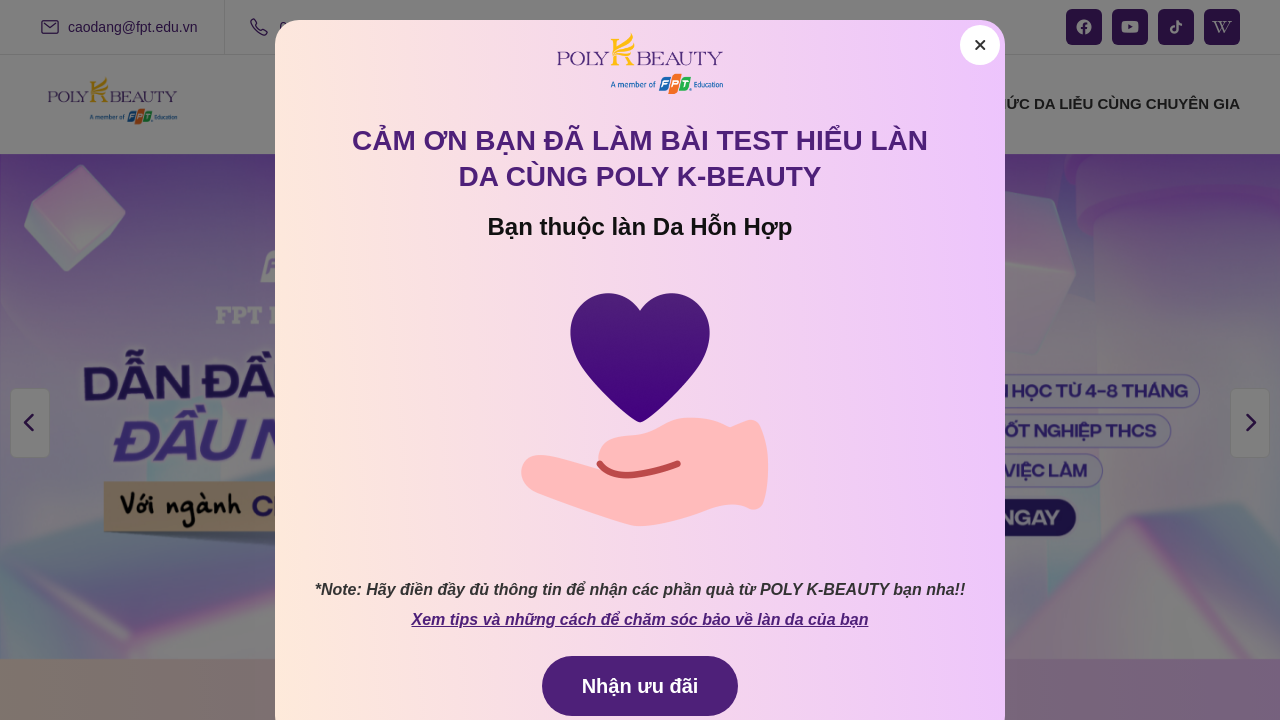
Repository: dinhtri123/k_beauty
Page: index.html
The author's editor kept a copy of each file at every save. The page is drawn from the files as they stood at one save, then again after the next save.
The browser window is 1280 px wide. The pictures show the window.
A layer covers the whole window, so only the first screen is drawn. Some web fonts or font styles are not loaded; a fallback is used.

Above is the page before, as saved 2024-12-26 09:59:10.

### index.html
<!DOCTYPE html>
<html lang="en">

<head>
  <meta charset="UTF-8">
  <meta name="viewport" content="width=device-width, initial-scale=1.0">
  <title>Home Page</title>
  <link rel="stylesheet" href="https://cdn.jsdelivr.net/npm/swiper@11/swiper-bundle.min.css" />
  <link rel="stylesheet" href="https://cdnjs.cloudflare.com/ajax/libs/font-awesome/6.7.2/css/all.min.css"
    integrity="sha512-Evv84Mr4kqVGRNSgIGL/F/aIDqQb7xQ2vcrdIwxfjThSH8CSR7PBEakCr51Ck+w+/U6swU2Im1vVX0SVk9ABhg=="
    crossorigin="anonymous" referrerpolicy="no-referrer" />
  <link rel="stylesheet" href="./css/style.css">
</head>

<body>
  <header>
    <div class="header-top-wrapper">
      <div class="container">
        <div class="header-top">
          <div class="header-top-left">
            <a href="mailto:caodang@fpt.edu.vn">
              <img src="./images/mail-outline.png" alt="">
              <span>caodang@fpt.edu.vn</span>
            </a>
            <p>
              <img src="./images/call-outline.png" alt="">
              <a href="tel:024 6327 6402">024 6327 6402</a>
              <span>|</span>
              <a href="tel: 0981 725 836"> 0981 725 836</a>
            </p>
          </div>
          <div class="header-top-right">
            <a href="">
              <img src="./images/Facebook.png" alt="">
            </a>
            <a href="">
              <img src="./images/YouTube.png" alt="">
            </a>
            <a href="">
              <img src="./images/TikTok.png" alt="">
            </a>
            <a href="">
              <img src="./images/Frame.png" alt="">
            </a>
          </div>
        </div>
      </div>
    </div>
    <div class="header-main container">
      <a href="" class="header-logo">
        <img src="./images/logo.png" alt="">
      </a>
      <nav class="header-nav">
        <ul class="header-menu">
          <li>
            <a href="">Trang chủ</a>
          </li>
          <li>
            <a href="">Giới thiệu
              <span>
                <img src="./images/arrow-bottom.png" alt="">
              </span>
            </a>
          </li>
          <li>
            <a href="">ngành đào tạo
              <span>
                <img src="./images/arrow-bottom.png" alt="">
              </span>
            </a>
          </li>
          <li>
            <a href="">ƯU đãi</a>
          </li>
          <li>
            <a href="">kiến thức da liễu cùng chuyên gia</a>
          </li>
          <li class="header-btn-close sm">
            <i class="fa-solid fa-xmark"></i>
          </li>
        </ul>
      </nav>
      <span class="header-btn-menu sm">
        <i class="fa-solid fa-bars"></i>
      </span>
    </div>
  </header>
  <main>
    <section class="slider-hero">
      <div class="swiper hero-swiper">
        <div class="swiper-wrapper">
          <div class="swiper-slide">
            <img src="./images/image 1.jpg" alt="">
          </div>
          <div class="swiper-slide">
            <img src="./images/image 1.jpg" alt="">
          </div>
          <div class="swiper-slide">
            <img src="./images/image 1.jpg" alt="">
          </div>
        </div>
        <div class="hero-btn swiper-button-next">
          <i class="fa-solid fa-chevron-right"></i>
        </div>
        <div class="hero-btn swiper-button-prev">
          <i class="fa-solid fa-chevron-left"></i>
        </div>
        <div class="swiper-pagination"></div>
      </div>
    </section>
    <section class="befenit">
      <div class="container">
        <div class="befenit-inner">
          <h2>Kiến Thức & Ưu Đãi Từ Poly K-Beauty</h2>
          <p>Khám phá bí quyết chăm sóc da chuyên sâu và nhận ngay những ưu đãi hấp dẫn từ học viện hàng đầu về làm đẹp.
          </p>
          <ul class="befenit-list">
            <li class="befenit-item">
              <img src="./images/befenit-img1.jpg" alt="">
              <div>
                <h3>TRẮC NGHIỆM <br> HIỂU LÀN DA CÙNG POLY K-BEAUTY</h3>
                <a href="">Làm bài trắc nghiệm</a>
              </div>
            </li>
            <li class="befenit-item">
              <img src="./images/befenit-img2.jpg" alt="">
              <div>
                <h3>ƯU ĐÃI</h3>
                <a href="">Nhận ưu đãi</a>
              </div>
            </li>
            <li class="befenit-item">
              <img src="./images/befenit-img3.jpg" alt="">
              <div>
                <h3>KIẾN THỨC DA LIỄU</h3>
                <a href="">xem tất cả</a>
              </div>
            </li>
          </ul>
        </div>
      </div>
    </section>
    <section class="package">
      <div class="container">
        <div class="package-inner">
          <h2>POLY K-BEAUTY'S PACKAGE <span class="line"></span></h2>
          <div class="package-item">
            <img src="./images/package_img1.jpg" alt="">
            <h3>Dịch vụ chăm sóc và điều trị</h3>
          </div>
          <div class="package-item">
            <img src="./images/package_img2.jpg" alt="">
            <h3>QUY TRÌNH CHẤM TCA TRỊ</h3>
          </div>
          <div class="package-item">
            <img src="./images/package_img3.jpg" alt="">
            <h3>PHƯƠNG PHÁP TIÊM SẸO LỒI</h3>
          </div>
          <div class="package-item">
            <img src="./images/package_img4.jpg" alt="">
            <h3>LASER TRỊ THÂM CÓ TỐT</h3>
          </div>
          <div class="package-item">
            <img src="./images/package_img5.jpg" alt="">
            <h3>TRỊ NẤM DA BẰNG LASER TẠI</h3>
          </div>
          <div class="package-item">
            <img src="./images/package_img6.jpg" alt="">
            <h3>LÀN DA KHÔNG ĐỀU MÀU VÀ</h3>
          </div>
          <div class="package-item">
            <img src="./images/package_img7.jpg" alt="">
            <h3>GIẢI PHÁP ĐIỀU TRỊ MỤN THỊT</h3>
          </div>
          <div class="package-item">
            <img src="./images/package_img8.jpg" alt="">
            <h3>ĐIỀU TRỊ SẸO RỖ BẰNG LASER</h3>
          </div>
          <div class="package-item">
            <img src="./images/package_img9.jpg" alt="">
            <h3>TRẺ HOÁ BẰNG LASER</h3>
          </div>
          <div class="package-item">
            <img src="./images/package_img10.jpg" alt="">
            <h3>CHỐNG LÃO HOÁ TUỔI 30</h3>
          </div>
          <div class="package-item">
            <img src="./images/package_img11.jpg" alt="">
            <h3>ĐIỀU TRỊ MỤN Ở NGƯỜI LỚN</h3>
          </div>
          <div class="package-item">
            <img src="./images/package_img12.jpg" alt="">
            <h3>XOÁ XĂM HIỆU QUẢ VÀ</h3>
          </div>
          <div class="package-item">
            <img src="./images/package_img13.jpg" alt="">
            <h3>ĐIỀU TRỊ GIÃN MAO MẠCH</h3>
          </div>
          <div class="package-item">
            <img src="./images/package_img14.jpg" alt="">
            <h3>PHƯƠNG PHÁP TRỊ SẸO LỒI</h3>
          </div>
          <div class="package-item">
            <img src="./images/package_img15.jpg" alt="">
            <h3>LĂN KIM TRỊ SẸO RỖ</h3>
          </div>
          <div class="package-item">
            <img src="./images/package_img16.jpg" alt="">
            <h3>ĐIỆN DI VITAMIN C - GIẢI PHÁP</h3>
          </div>
          <div class="package-item">
            <img src="./images/package_img17.jpg" alt="">
            <h3>TRẺ HOÁ DA VỚI LIỆU TRÌNH</h3>
          </div>
          <div class="package-item">
            <img src="./images/package_img18.jpg" alt="">
            <h3>PEEL DA HOÁ HỌC CHUYÊN</h3>
          </div>
          <div class="package-item">
            <img src="./images/package_img19.jpg" alt="">
            <h3>PEEL DA HOÁ HỌC NỒNG ĐỘ</h3>
          </div>
          <div class="package-item">
            <img src="./images/package_img20.jpg" alt="">
            <h3>PEEL DA HOÁ HỌC NỒNG ĐỘ</h3>
          </div>
          <div class="package-item">
            <img src="./images/package_img21.jpg" alt="">
            <h3>PEEL DA HOÁ HỌC</h3>
          </div>
          <div class="package-item">
            <img src="./images/package_img22.jpg" alt="">
            <h3>PHƯƠNG PHÁP MÀI DA VI</h3>
          </div>
          <div class="package-item">
            <img src="./images/package_img23.jpg" alt="">
            <h3>CHẮM SÓC & ĐIỀU TRỊ DA CHO</h3>
          </div>
          <div class="package-item">
            <img src="./images/package_img24.jpg" alt="">
            <h3>XOÁ NỐT RUỒI</h3>
          </div>
          <div class="package-item">
            <img src="./images/package_img25.jpg" alt="">
            <h3>KIỂM TRA DA MẶT Ở ĐÂU ĐỂ</h3>
          </div>
          <div class="package-item">
            <img src="./images/package_img26.jpg" alt="">
            <h3>DỊCH VỤ CHĂM SÓC DA MẶT</h3>
          </div>
          <div class="package-item">
            <img src="./images/package_img27.jpg" alt="">
            <h3>MỤN LÀ CHUYỆN NHỎ VỚI</h3>
          </div>
          <div class="package-item">
            <img src="./images/package_img28.jpg" alt="">
            <h3>TÌM LẠI LÀN DA MỊN MÀNG VỚI</h3>
          </div>
          <div class="package-item">
            <img src="./images/package_img29.jpg" alt="">
            <h3>ĐỐT MỤN THỊT, U VÀNG</h3>
          </div>
          <div class="package-item">
            <img src="./images/package_img30.jpg" alt="">
            <h3>ĐIỀU TRỊ MỤN TRỨNG CÁ DỨT</h3>
          </div>
          <div class="package-item">
            <img src="./images/package_img31.jpg" alt="">
            <h3>TRIỆT LÔNG VĨNH VIỄN</h3>
          </div>
          <div class="package-item">
            <img src="./images/package_img32.jpg" alt="">
            <h3>NÁM DA VÀ RỐI LOẠN SẮC TỐ</h3>
          </div>
          <div class="package-item">
            <img src="./images/package_img33.jpg" alt="">
            <h3>LIỆU TRÌNH TRẺ HOÁ DA LÀM</h3>
          </div>
          <div class="package-item">
            <img src="./images/package_img34.jpg" alt="">
            <h3>ĐIỀU TRỊ TRỊ MỤN</h3>
          </div>
        </div>
      </div>
    </section>
  </main>
  <div class="form-bottom">
    <div class="container">
      <div class="form-inner">
        <div class="form-text">
          <h2>Tìm hiểu chương trình tại Poly K-Beauty và nhận tư vấn ngay!</h2>
          <button>Đăng ký ngay</button>
        </div>
        <div class="form-img">
          <img src="./images/form-img.png" alt="">
        </div>
      </div>
    </div>
  </div>
  <footer>
    <div class="container">
      <div class="footer-wrapper">
        <div class="footer-left">
          <div class="footer-logo">
            <img src="./images/logo-footer.png" alt="">
          </div>
          <div class="footer-social">
            <a href="#">
              <img src="./images/icon-fb.png" alt="">
            </a>
            <a href="#">
              <img src="./images/icon-ytb.png" alt="">
            </a>
            <a href="#">
              <img src="./images/icon-tiktok.png" alt="">
            </a>
            <a href="#">
              <img src="./images/icon-wiki.png" alt="">
            </a>
          </div>
          <div class="footer-contact">
            <h3>THÔNG TIN LIÊN HỆ</h3>
            <ul>
              <li>Điện thoại: (024) 7300 1955</li>
              <li>Email: caodang@fpt.edu.vn</li>
            </ul>
          </div>
        </div>
        <div class="footer-right">
          <h3>HỆ THỐNG VĂN PHÒNG TUYỂN SINH</h3>
          <div class="footer-local">
            <div class="local-item">
              <h4>Cơ sở Hà Nội</h4>
              <ul>
                <li><span><ion-icon name="location-outline"></ion-icon></span> Cổng số 1, Tòa nhà FPT
                  Polytechnic, 13 phố Trịnh Văn Bô, phường Phương Canh, quận Nam Từ Liêm, TP Hà Nội
                  Km12
                  Cầu Diễn, Phường Phúc Diễn, Quận Bắc Từ Liêm, Hà Nội</li>
                <li><span><ion-icon name="call-outline"></ion-icon></span>(024) 8582 0808</li>
              </ul>
            </div>
            <div class="local-item">
              <h4>Cơ sở Hồ Chí Minh</h4>
              <ul>
                <li><span><ion-icon name="location-outline"></ion-icon></span> Tòa nhà QTSC9 (toà T),
                  đường
                  Tô Ký, phường Tân Chánh Hiệp, quận 12, TP HCM.</li>
                <li><span><ion-icon name="location-outline"></ion-icon></span> 778/B1 Nguyễn Kiệm,
                  phường
                  04, quận Phú Nhuận, TP HCM
                  0901 660 002 – 028 6686 6486</li>
              </ul>
            </div>
            <div class="local-item">
              <h4>Cơ sở Thái Nguyên</h4>
              <ul>
                <li><span><ion-icon name="location-outline"></ion-icon></span> Tòa nhà FPT Polytechnic,
                  đường đê Mỏ Bạch, tổ 10, phường Quyết Thắng, TP Thái Nguyên, tỉnh Thái Nguyên</li>
                <li><span><ion-icon name="location-outline"></ion-icon></span> 091 532 9213</li>
              </ul>
            </div>
            <div class="local-item">
              <h4>Cơ sở Đà Nẵng</h4>
              <ul>
                <li><span><ion-icon name="location-outline"></ion-icon></span> 219 Nguyễn Sinh Sắc,
                  phường
                  Hoà Minh, quận Liên Chiểu, TP Đà Nẵng</li>
                <li><span><ion-icon name="location-outline"></ion-icon></span> 023 6371 0999 – 094 302
                  5282
                </li>
              </ul>
            </div>
            <div class="local-item">
              <h4>Cơ sở Hải Phòng</h4>
              <ul>
                <li><span><ion-icon name="location-outline"></ion-icon></span> 271 Lê Thánh Tông, phường
                  Máy
                  Chai, quận Ngô Quyền, TP Hải Phòng</li>
                <li><span><ion-icon name="location-outline"></ion-icon></span> 0915431313</li>
              </ul>
            </div>
            <div class="local-item">
              <h4>Cơ sở Quy Nhơn</h4>
              <ul>
                <li><span><ion-icon name="location-outline"></ion-icon></span> 107A Thanh Niên, phường
                  Quang
                  Trung, TP Quy Nhơn, tỉnh Bình Định</li>
                <li><span><ion-icon name="location-outline"></ion-icon></span> 039 404 4568</li>
              </ul>
            </div>
            <div class="local-item">
              <h4>Cơ sở Hà Nam</h4>
              <ul>
                <li><span><ion-icon name="location-outline"></ion-icon></span> Tổ hợp Giáo dục FPT,
                  Unischool, Khu Đại học Nam Cao, Phường Hoàng Đông, Thị xã Duy Tiên, Hà Nam</li>
                <li><span><ion-icon name="location-outline"></ion-icon></span> 0911 968 213</li>
              </ul>
            </div>
            <div class="local-item">
              <h4>Cơ sở Tây Nguyên</h4>
              <ul>
                <li><span><ion-icon name="location-outline"></ion-icon></span> Số 300, 6 Đường Hà Huy
                  Tập,
                  Tổ dân phố 8, phường Tân An, TP Buôn Ma Thuột, Đắk Lắk</li>
                <li><span><ion-icon name="location-outline"></ion-icon></span> 026 2355 5678</li>
              </ul>
            </div>
            <div class="local-item">
              <h4>Cơ sở Thanh Hoá</h4>
              <ul>
                <li><span><ion-icon name="location-outline"></ion-icon></span> Tòa Beta, Tổ hợp giáo dục
                  FPT, Đại lộ Võ Nguyên Giáp, phường Quảng Thành, TP Thanh Hóa</li>
                <li><span><ion-icon name="location-outline"></ion-icon></span> 091 378 5213</li>
              </ul>
            </div>
            <div class="local-item">
              <h4>Cơ sở Đồng Nai</h4>
              <ul>
                <li><span><ion-icon name="location-outline"></ion-icon></span> 193 Đỗ Văn Thi, phường
                  Hiệp
                  Hòa, TP Biên Hòa, tỉnh Đồng Nai</li>
                <li><span><ion-icon name="location-outline"></ion-icon></span> 0345 690 031 – 0989 871
                  031
                </li>
              </ul>
            </div>
            <div class="local-item">
              <h4>Cơ sở Cần Thơ</h4>
              <ul>
                <li><span><ion-icon name="location-outline"></ion-icon></span> Toà nhà FPT Polytechnic,
                  đường số 22, phường Thường Thạnh, quận Cái Răng, TP Cần Thơ</li>
                <li><span><ion-icon name="location-outline"></ion-icon></span> 098 388 1100 – 091 2823
                  492
                </li>
              </ul>
            </div>
          </div>
        </div>
      </div>
    </div>
  </footer>
  <div class="popup popup-voucher active">
    <div class="popup-inner">
      <span class="popup-btn-close">
        <i class="fa-solid fa-xmark"></i>
      </span>
      <span class="popup-logo">
        <img src="./images/logo.png" alt="">
      </span>
      <h3 class="popup-title">Cảm ơn bạn đã làm bài test Hiểu làn da cùng Poly K-Beauty</h3>
      <p class="popup-desc">Bạn thuộc làn Da Hỗn Hợp</p>
      <span class="popup-img">
        <img src="./images/popup-img.png" alt="">
      </span>
      <i>*Note: Hãy điền đầy đủ thông tin để nhận các phần quà từ POLY K-BEAUTY bạn nha!!</i>
      <a href="#" class="popup-link">Xem tips và những cách để chăm sóc bảo về làn da của bạn</a>
      <a href="#" class="popup-btn">Nhận ưu đãi</a>
    </div>
  </div>
</body>

<script src="https://cdn.jsdelivr.net/npm/swiper@11/swiper-bundle.min.js"></script>

<script>
  var swiper = new Swiper(".hero-swiper", {
    loop: true,
    navigation: {
      nextEl: ".swiper-button-next",
      prevEl: ".swiper-button-prev",
    },
    pagination: {
      el: ".swiper-pagination",
    },
  });
</script>
<script src="./js/index.js"></script>

</html>

Loaded but not shown: js/index.js (53 lines, source omitted); css/style.css (908 lines, source omitted)

After the next save:
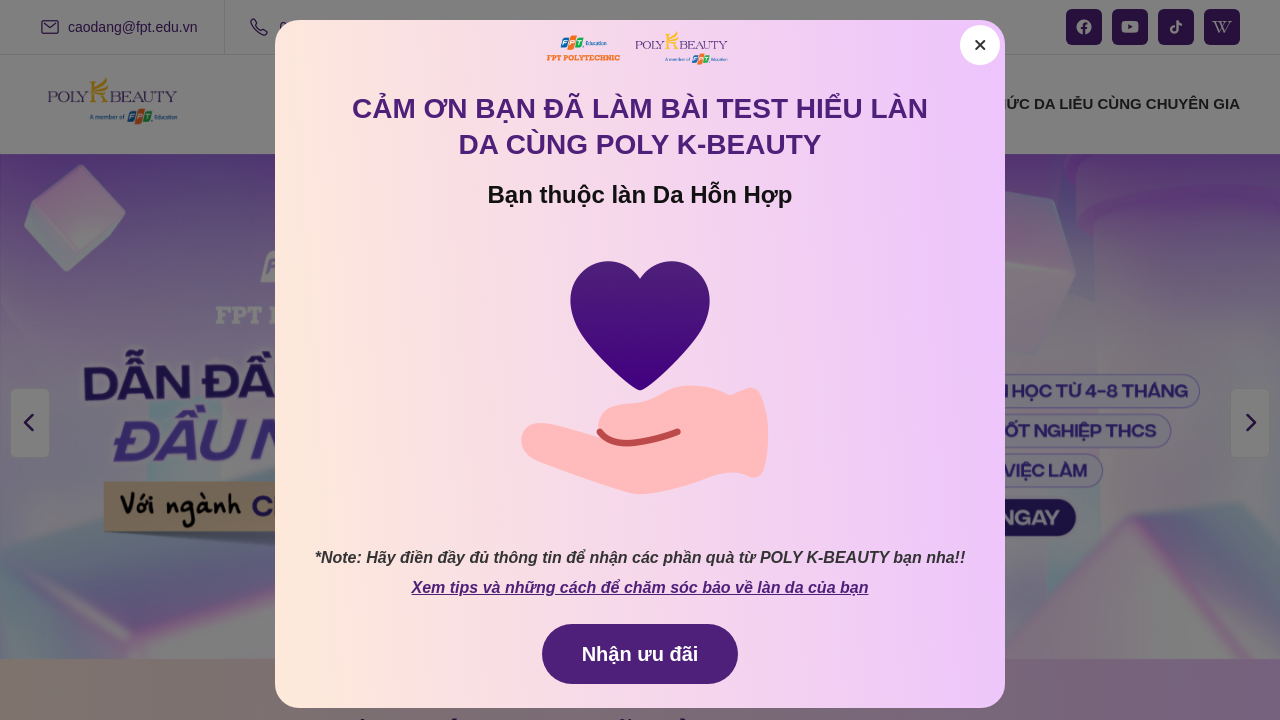
Saved 81 s later.
--- a/index.html
+++ b/index.html
@@ -445,7 +445,7 @@
         <i class="fa-solid fa-xmark"></i>
       </span>
       <span class="popup-logo">
-        <img src="./images/logo.png" alt="">
+        <img src="./images/voucher-logo.png" alt="">
       </span>
       <h3 class="popup-title">Cảm ơn bạn đã làm bài test Hiểu làn da cùng Poly K-Beauty</h3>
       <p class="popup-desc">Bạn thuộc làn Da Hỗn Hợp</p>
